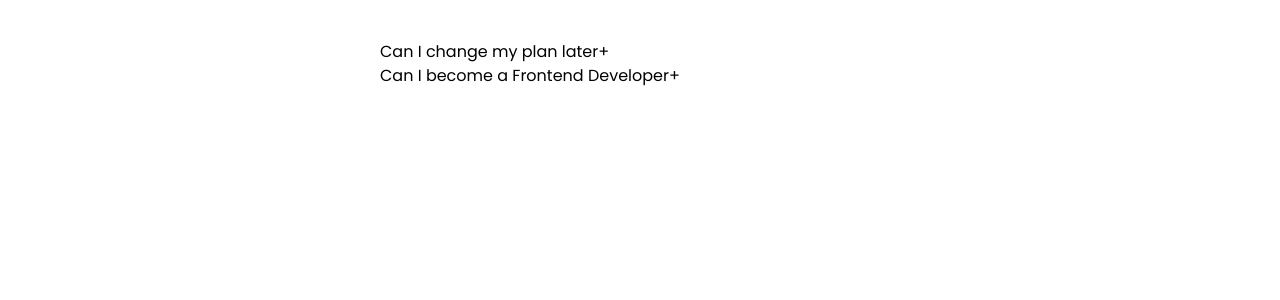
Repository: ThanhPhongsof/React-Course
Page: /
An editor plug-in stored every save of this project. The page is shown before and after the next save, followed by the edit.
The browser window is 1280 px wide. The pictures show the whole page.
The project was rebuilt for these pictures with package versions that can differ from the ones it lists, and the page was loaded fresh each time. Also part of the build but not shown: src/components/advanced-react/react-composition/AccordionContent.js, src/components/advanced-react/react-composition/Edittable.js.

Above is the page before, as saved 2022-04-24 12:04:03.

After the next save:
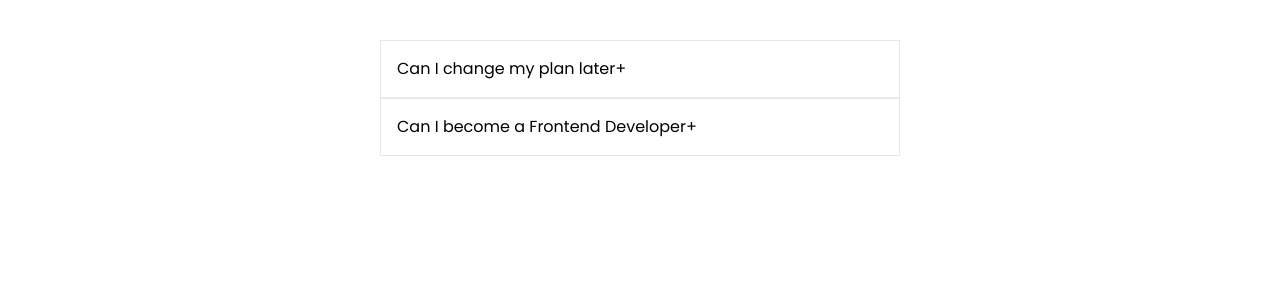
Saved 16 s later.
--- a/src/components/advanced-react/react-composition/AccordionHeader.js
+++ b/src/components/advanced-react/react-composition/AccordionHeader.js
@@ -2,7 +2,10 @@ import React from "react";
 
 const AccordionHeader = ({ show, handleToggleShow, children }) => {
   return (
-    <div className="cursor-pointer header" onClick={handleToggleShow}>
+    <div
+      className="p-4 border border-gray-200 cursor-pointer header"
+      onClick={handleToggleShow}
+    >
       <span>{children}</span>
       {show ? <span>-</span> : <span>+</span>}
     </div>
